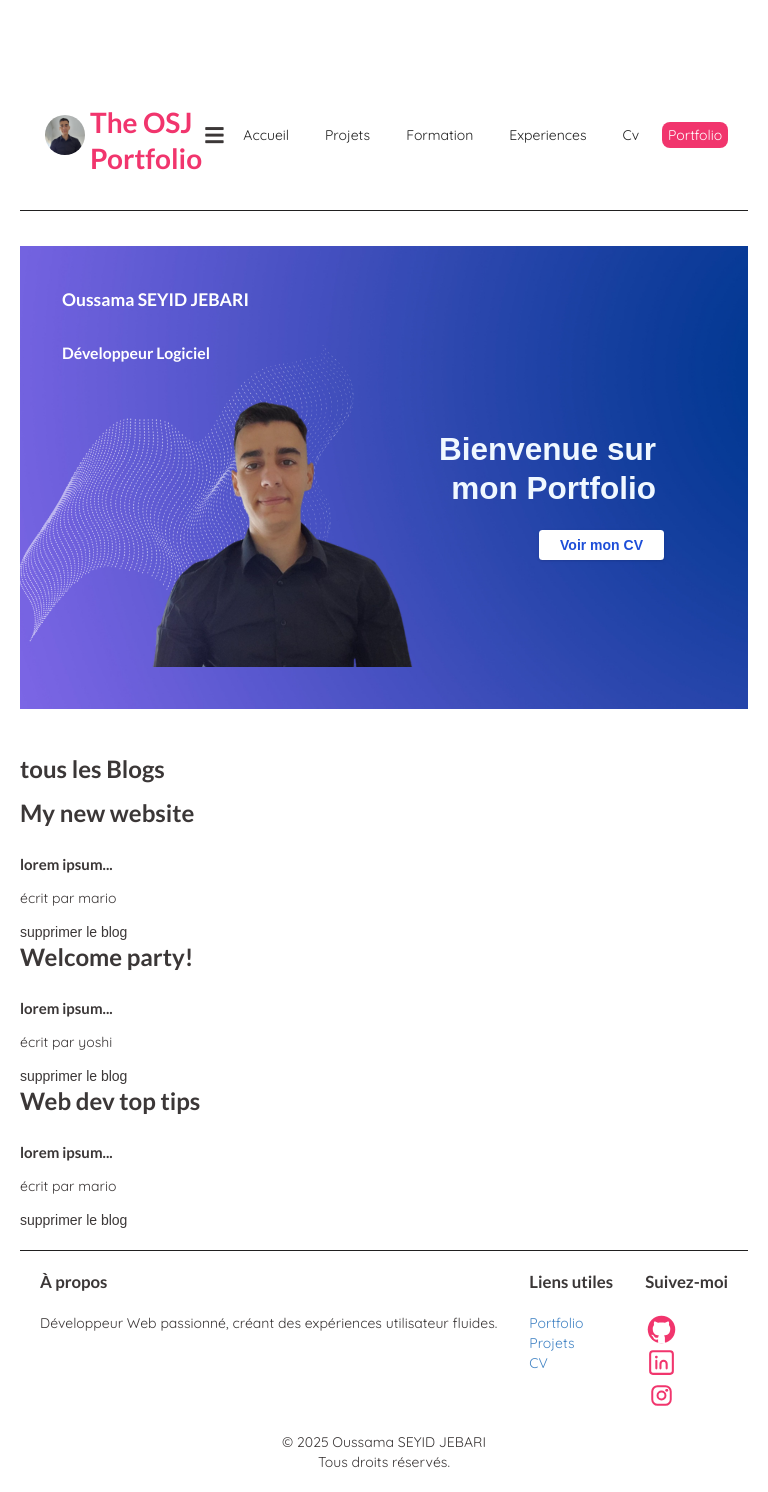
Repository: OussamSJ/Portfolio
Page: /
An editor plug-in stored every save of this project. The page is shown before and after the next save, followed by the edit.
The browser window is 768 px wide. The pictures show the whole page.
The project was rebuilt for these pictures with package versions that can differ from the ones it lists, and the page was loaded fresh each time. Also part of the build but not shown: src/Random.js, src/Cv.js, src/Expcomponent.js, src/Experiences.js, src/FormationComponent.js, src/Formation.js.

Above is the page before, as saved 2025-05-10 11:26:41.

### public/index.html
<!DOCTYPE html>
<html lang="en">
  <head>
    <meta charset="utf-8" />
    <link rel="icon" href="%PUBLIC_URL%/Logo-Devloper.png" />
    <meta name="viewport" content="width=device-width, initial-scale=1" />
    <meta name="theme-color" content="#000000" />
    <meta
      name="description"
      content="Web site created using create-react-app"
    />
    <link rel="apple-touch-icon" href="%PUBLIC_URL%/logo192.png" />
    <!--
      manifest.json provides metadata used when your web app is installed on a
      user's mobile device or desktop. See https://developers.google.com/web/fundamentals/web-app-manifest/
    -->
    <link rel="manifest" href="%PUBLIC_URL%/manifest.json" />
    <!--
      Notice the use of %PUBLIC_URL% in the tags above.
      It will be replaced with the URL of the `public` folder during the build.
      Only files inside the `public` folder can be referenced from the HTML.

      Unlike "/favicon.ico" or "favicon.ico", "%PUBLIC_URL%/favicon.ico" will
      work correctly both with client-side routing and a non-root public URL.
      Learn how to configure a non-root public URL by running `npm run build`.
    -->
    <title>Portfolio App</title>
  </head>
  <body>
    <noscript>You need to enable JavaScript to run this app.</noscript>
    <div id="root"></div>
    <!--
      This HTML file is a template.
      If you open it directly in the browser, you will see an empty page.

      You can add webfonts, meta tags, or analytics to this file.
      The build step will place the bundled scripts into the <body> tag.

      To begin the development, run `npm start` or `yarn start`.
      To create a production bundle, use `npm run build` or `yarn build`.
    -->
  </body>
</html>

### src/index.js
import React from 'react';
import ReactDOM from 'react-dom/client';
import './index.css';
import App from './App';
import reportWebVitals from './reportWebVitals';
import 'semantic-ui-css/semantic.min.css'

const root = ReactDOM.createRoot(document.getElementById('root'));
root.render(
  <React.StrictMode>
    <App />
  </React.StrictMode>
);

// If you want to start measuring performance in your app, pass a function
// to log results (for example: reportWebVitals(console.log))
// or send to an analytics endpoint. Learn more: https://bit.ly/CRA-vitals
reportWebVitals();

### src/index.css
@import url('https://fonts.googleapis.com/css2?family=Quicksand:wght@300;400;500;600;700&display=swap');
@tailwind base;
@tailwind components;
@tailwind utilities;

/* base styles */
* {
  margin: 0;
  font-family: -apple-system, BlinkMacSystemFont, 'Segoe UI', 'Roboto', 'Oxygen',
    'Ubuntu', 'Cantarell', 'Fira Sans', 'Droid Sans', 'Helvetica Neue',
    sans-serif;
  -webkit-font-smoothing: antialiased;
  -moz-osx-font-smoothing: grayscale;
  font-family: "Quicksand";
  color: #3b3737;
}

code {
  font-family: source-code-pro, Menlo, Monaco, Consolas, 'Courier New',
    monospace;
}
.navbar {
  padding: 20px;
  display: flex;
  align-items: center;
  max-width: 1200px;
  margin: 0 auto;
  border-bottom: 1px solid #212020;

}
.navbar h1 {
  color: #f1356d;
}
.navbar .links {
  margin-left: auto;
}
.navbar a {
  margin-left: 16px;
  text-decoration: none;
  padding: 6px;
}
.navbar img {
 width: 40px;
 height: 40px;
 margin: 5px ;
 object-fit: cover;       /* remplit et rogne si besoin */
 border-radius: 50%;      /* transforme le carré en cercle */
 display: block;
}
.navbar a:hover {
  color: #f1356d;
}
.content {
  max-width: 1200px;
  margin: 40px auto;
  padding: 20px;
}


.couverture {
  background-image:
  url("/public/couverture-portfolio.png");
background-size:cover;        /* couvre tout le conteneur sans déformation */
background-position: center;   /* centre l’image */
background-repeat: no-repeat;  /* pas de répétition */

height: 100%;
width: 100%;

color: white;
font-family: 'Orbitron', sans-serif; /* une police géométrique, proche de celle utilisée */
}





.couverture h1 {
  margin-top: 20px auto;
  margin-right: 50px;
  align-items: center;
  text-align: center;
  color: aliceblue;
text-align: right;
justify-self: right;
  font-family: 'Agrandir Grand', sans-serif; /* une police futuriste */
}








.portfolio-footer {
  justify-content: space-between;
  display: flex;
  padding: 20px;
  border-top: 1px solid #212020;
}

.card-title{
  margin-bottom:  20px;

  padding: 0;
  font-size: 1.2rem;

}
.social-links a{
  list-style: none;
  text-decoration: none;
  margin-left: auto;
  text-align: left;

}
.social-links img{
 width: 40%;
 height: 40%;
}


ul {
  list-style-type: none;
  padding: 0; /* Supprime le retrait par défaut */
  margin: 0;  /* Supprime la marge par défaut */
}
.social-links a:hover {
  color: #f1356d;
}

.footer-bottom {
  display: block;
  text-align: center;
  }

  ul li {
    text-align: left;

  }



  .not-found {
    justify-content: center;
    align-items: center;
    text-align: center;
    height: 50vh;
    margin-top: 200px;
    font-size: 3rem;
  }


  img-couverture {
    width: 100%;
    height: 100%;
    justify-content: flex-end;
    align-items: center;
    object-fit:fill; /* Remplit l'élément sans déformation */
    border-radius: 50%; /* Transforme le carré en cercle */
    display: flex;
  }

### src/App.js
import React from 'react';
import { BrowserRouter, Routes, Route } from 'react-router-dom';
import ReactDOM from 'react-dom/client';
import Home from './Home';
import Navbar from './Navbar'; // Si vous avez une barre de navigation
import Cv from './Cv'; // Si vous avez une page de CV
import Footbar from './Footbar';
import Experiences from './Experiences';
import Formation from './Formation';

function App() {
  return (
    <BrowserRouter>
      <div className="App">
        <div className='content'>
          <Routes>
            <Route path="/" element={<Home />} />
            <Route path="/cv" element={<Cv />} />
            <Route path="/experiences-professionnelle" element={<div ><Navbar/> <Experiences /><Footbar/></div>} />
            <Route path="/formation" element={<div ><Navbar/> <Formation /><Footbar/></div>} />
            <Route path="*" element={
              <div >
                <Navbar />
                <h1 className='not-found' >Page introuvable</h1>
                <Footbar />
              </div>
            } />
          </Routes>
        </div>
      </div>
    </BrowserRouter>
  );
}

export default App;

### src/Home.js
import { useEffect, useState } from "react";
import { MenuMenu, MenuItem, Menu, Segment } from 'semantic-ui-react'
import BlogList from "./BlogList";
import Random from "./Random";
import Navbar from "./Navbar";
import Footbar from "./Footbar";


const Home = () => {
  const [blogs, setBlogs] = useState([
    { title: 'My new website', body: 'lorem ipsum...', author: 'mario', id: 1 },
    { title: 'Welcome party!', body: 'lorem ipsum...', author: 'yoshi', id: 2 },
    { title: 'Web dev top tips', body: 'lorem ipsum...', author: 'mario', id: 3 }
  ])

  const handleDelete = (id) => {
    const newBlogs = blogs.filter(blog => blog.id !== id);
    setBlogs(newBlogs);
  }


  useEffect(() => {
    console.log('use effect ran');
    console.log(blogs);
  })

  return (
    <div className="Home">
      <Navbar />

      <div className="couverture flex items-center mt-10 justify-between  text-white p-12 flex-wrap">


{/* Partie gauche */}

<div className="flex flex-col items-start space-y-4 max-w-md w-max h-max">
  <h3 className="text-xl text-white font-semibold">Oussama SEYID JEBARI</h3>
  <h3 className="text-lg text-white">Développeur Logiciel</h3>
  <div className="w-200 h-200 mt-4 ml-20">
    <img src="oussama_img.png" alt="photo de profil" className="rounded-lg object-cover w-full h-full" />
  </div>
</div>

{/* Partie droite */}
<div className="text-right max-w-md mt-10 md:mt-30">
  <h1 className="text-4xl text-white font-bold mb-6 leading-tight">
    Bienvenue sur <br /> mon Portfolio
  </h1>
  <button className="bg-white text-blue-700 font-bold py-2 px-6  mr-12 rounded shadow hover:bg-gray-100 transition">
    Voir mon CV
  </button>
</div>

</div>

      <BlogList blogs={blogs} title="tous les Blogs" handleDelete={handleDelete}/> <br/>

      <Footbar/>
    </div>
  );
}

export default Home;

### src/Navbar.js
import React, { Component } from 'react';
import { Menu, MenuItem, MenuMenu, Icon, Sidebar, Segment } from 'semantic-ui-react';

class Navbar extends Component {
  state = {
    activeItem: 'home',
    sidebarVisible: false,
  };

  handleItemClick = (e, { name }) => this.setState({ activeItem: name });

  toggleSidebar = () => {
    this.setState(prev => ({ sidebarVisible: !prev.sidebarVisible }));
  };

  render() {
    const { activeItem, sidebarVisible } = this.state;

    return (
      <>
        {/* Top Nav */}
        <nav className="navbar">
          <img src="photo-portfolio.jpg" alt="logo" className="logo" />
          <h1>The OSJ Portfolio</h1>
          <div className="mobile-toggle" onClick={this.toggleSidebar}>
            <Icon name="bars" size="large" />
          </div>
          <div className="links desktop-only">
            <Menu secondary>
              <MenuItem name='accueil' active={activeItem === 'accueil'} onClick={this.handleItemClick} as="a" href="/" />
              <MenuItem name='projets' active={activeItem === 'projets'} onClick={this.handleItemClick} as="a" href="/projets" />
              <MenuItem name='formation' active={activeItem === 'formation'} onClick={this.handleItemClick} as="a" href="/formation" />
              <MenuItem name='expériences' active={activeItem === 'expériences'} onClick={this.handleItemClick} as="a" href="/experiences-professionnelle" />
              <MenuItem name='cv' active={activeItem === 'cv'} onClick={this.handleItemClick} as="a" href="/cv" />
              <MenuMenu position='right'>
                <MenuItem
                  name='portfolio'
                  active={activeItem === 'portfolio'}
                  onClick={this.handleItemClick}
                  as="a"
                  href="/"
                  style={{
                    color: 'white',
                    backgroundColor: '#f1356d',
                    borderRadius: '8px',
                    padding: '6px',
                  }}
                />
              </MenuMenu>
            </Menu>
          </div>
        </nav>

        {/* Sidebar for mobile */}
        <Sidebar
          as={Menu}
          animation='overlay'
          icon='labeled'
          inverted
          vertical
          visible={sidebarVisible}
          width='thin'
          direction='right'
        >
          <MenuItem as="a" href="/" onClick={this.toggleSidebar}>Accueil</MenuItem>
          <MenuItem as="a" href="/projets" onClick={this.toggleSidebar}>Projets</MenuItem>
          <MenuItem as="a" href="/formation" onClick={this.toggleSidebar}>Formation</MenuItem>
          <MenuItem as="a" href="/experiences-professionnelle" onClick={this.toggleSidebar}>Expériences</MenuItem>
          <MenuItem as="a" href="/cv" onClick={this.toggleSidebar}>CV</MenuItem>
          <MenuItem as="a" href="/" onClick={this.toggleSidebar} style={{ backgroundColor: '#f1356d', color: 'white', borderRadius: '8px' }}>Portfolio</MenuItem>
        </Sidebar>
      </>
    );
  }
}

export default Navbar;

### src/Footbar.js

const Footbar = () => {
  return (
  <div className="footbar">
   <footer class="portfolio-footer">

    <div class="card-deck">
    <div class="card">
      <div class="card-body">
        <h4 class="card-title">À propos</h4>
        <p class="card-text">Développeur Web passionné, créant des expériences utilisateur fluides.</p>
      </div>
    </div>
    </div>

    <div class="card-deck">
    <div class="card">
      <div class="card-body">
        <h4 class="card-title">Liens utiles</h4>
        <ul class="social-links" >
        <li><a href="#">Portfolio</a></li>
        <li><a href="#">Projets</a></li>
        <li><a href="#">CV</a></li>
      </ul>
      </div>
    </div>
    </div>

    <div class="card-deck">
    <div class="card">
      <div class="card-body">
        <h4 class="card-title">Suivez-moi</h4>
        <ul class="social-links">
        <li><a href="https://github.com/OussamSJ#"> <img  src="github.svg"  alt="GitHub"></img></a></li>
        <li><a href="https://www.linkedin.com/in/oussama-sj/  "> <img src="linkedin.svg" alt="LinkedIn"></img></a></li>
        <li><a href="https://www.instagram.com/oussama.sj/"> <img src="instagram.svg" alt="Instagram"></img></a></li>
      </ul>
      </div>
    </div>
    </div>

   </footer>
    <div class="footer-bottom">
    <p>© 2025 Oussama SEYID JEBARI <br/> Tous droits réservés.</p>
    </div>

  </div>

  );
}

export default Footbar;

### src/BlogList.js
const BlogList = ({ blogs, title, handleDelete }) => {
    return (
      <div className="blog-list"> <br/>

        <h2>{ title }</h2>
        {blogs.map(blog => (
          <div className="blog-preview" key={blog.id} >
            <h2>{ blog.title }</h2>
            <h4> {blog.body}    </h4>
            <p>écrit par { blog.author }</p>
            <button  onClick={()=>handleDelete (blog.id)}> supprimer le blog</button>
          </div>
        ))}
      </div>
    );
  }

  export default BlogList;

### tailwind.config.js
/** @type {import('tailwindcss').Config} */
module.exports = {
  content: [  "./src/**/*.{js,ts,jsx,tsx}",],
  theme: {
    extend: {
      colors: {
        primary: '#f1356d', // Exemple
      },
    },
  },
  plugins: [],
}

Loaded but not shown: src/reportWebVitals.js (common file)

After the next save:
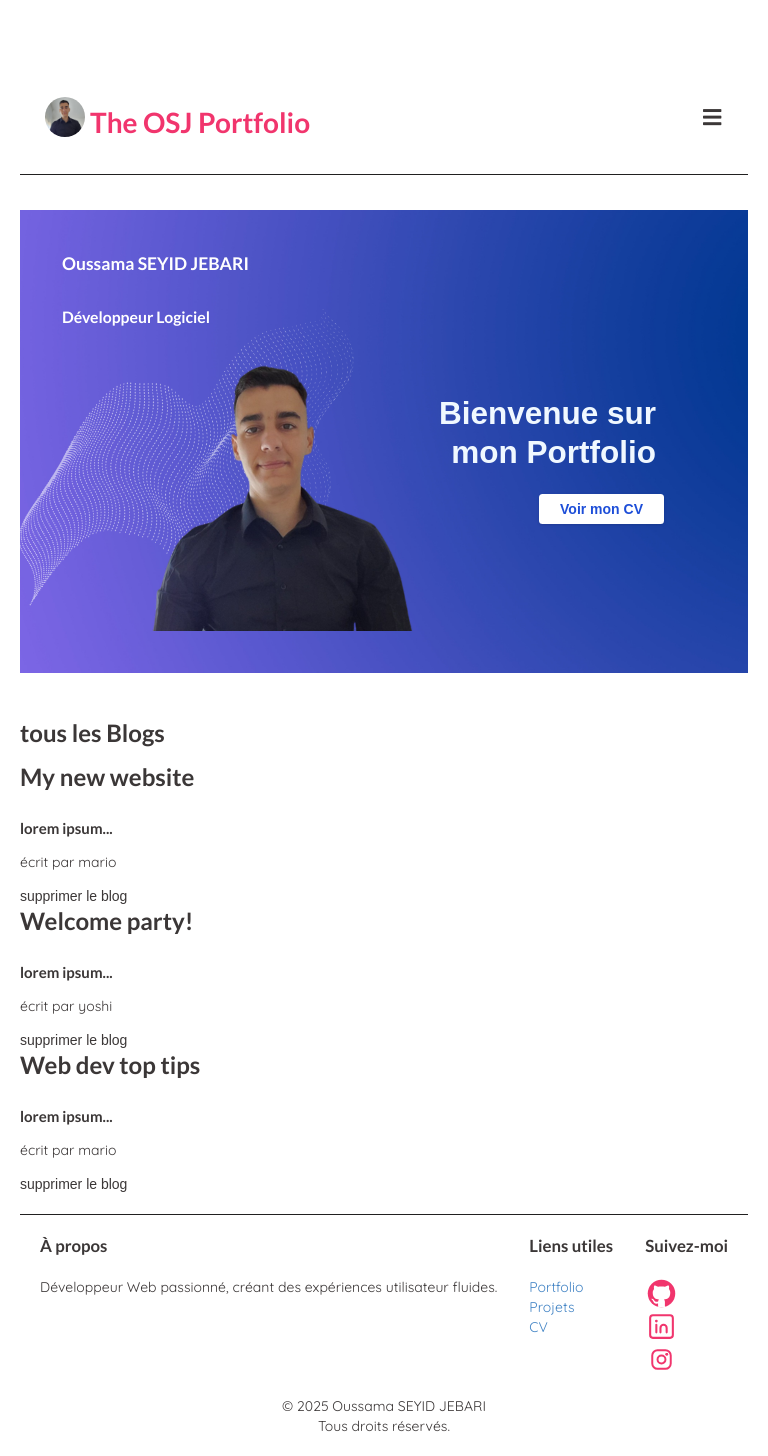
Saved 7 s later.
--- a/src/index.css
+++ b/src/index.css
@@ -49,6 +49,29 @@
 }
 .navbar a:hover {
   color: #f1356d;
+}
+
+
+/* Responsive: cache les liens sur mobile */
+.desktop-only {
+  display: flex;
+}
+
+.mobile-toggle {
+  display: none;
+  margin-left: auto;
+  cursor: pointer;
+}
+
+/* Responsive behavior */
+@media (max-width: 768px) {
+  .desktop-only {
+    display: none;
+  }
+
+  .mobile-toggle {
+    display: block;
+  }
 }
 .content {
   max-width: 1200px;
